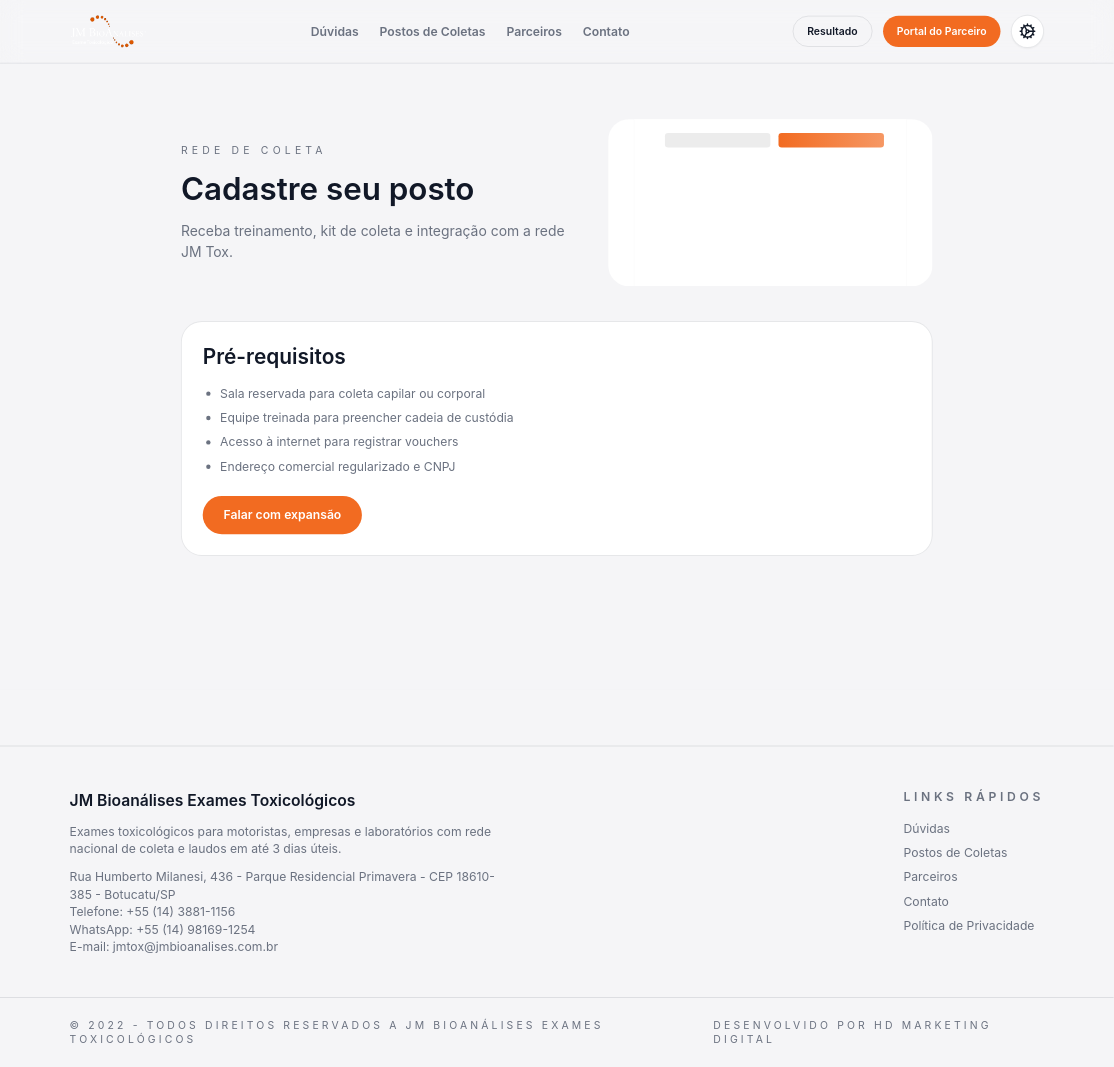
Repository: 1xLab/cat1
Page: /cadastro-postos-de-coleta
The author's editor kept a copy of each file at every save. The page is drawn from the files as they stood at one save, then again after the next save.
The browser window is 1280 px wide. The pictures show the whole page, at 87% of full size.
The page's requests for data from a server got no answer. The project was rebuilt for these pictures with package versions that can differ from the ones it lists, and the page was loaded fresh each time. The framework's server and built-in components were replaced by stand-ins that run in the browser. No one was signed in, and anything a server would have sent is missing. Also part of the build but not shown: next.config.ts.

Above is the page before, as saved 2025-11-19 21:52:50.

After the next save:
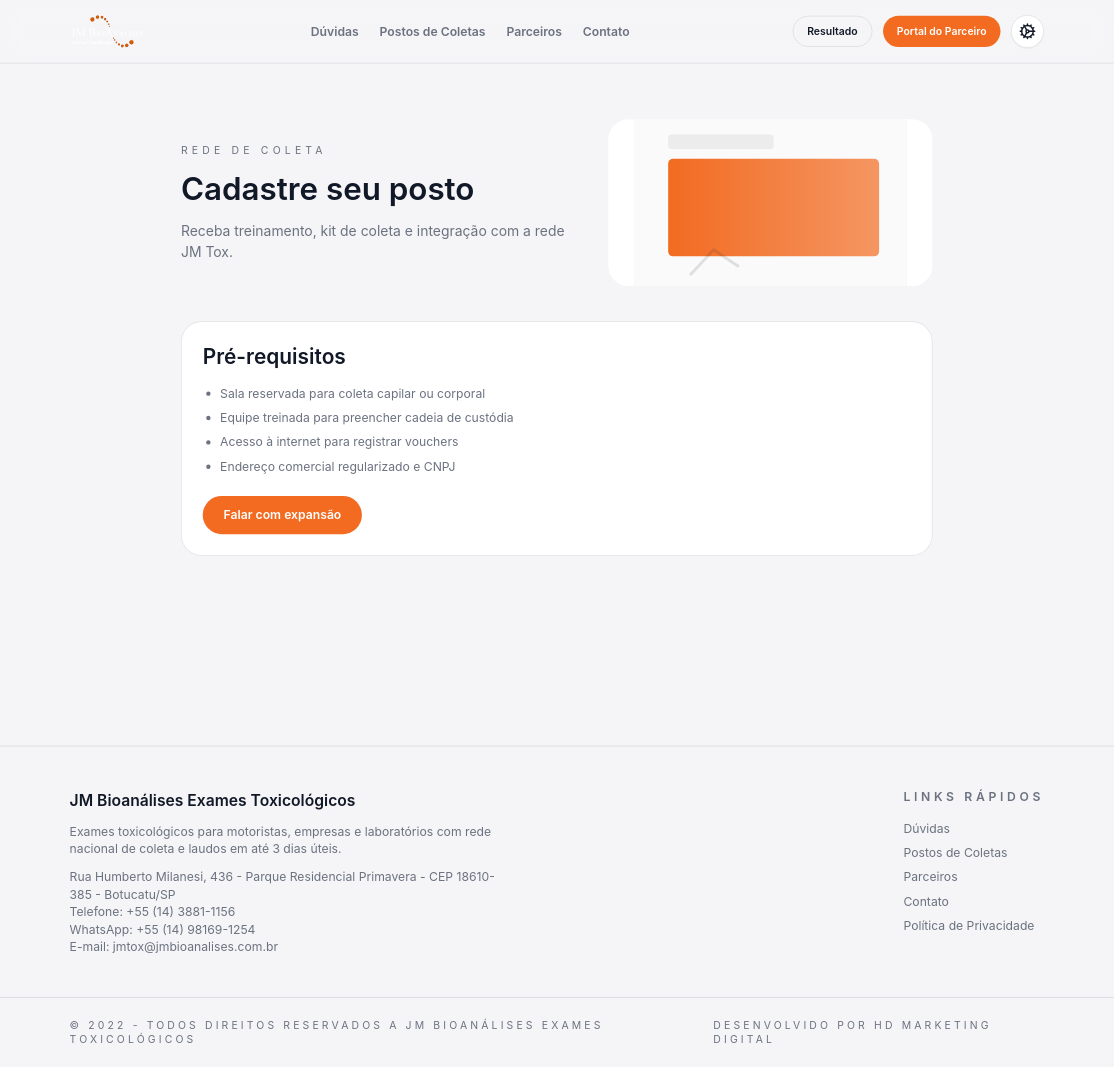
Saved 6 s later.
--- a/src/app/cadastro-postos-de-coleta/page.tsx
+++ b/src/app/cadastro-postos-de-coleta/page.tsx
@@ -13,7 +13,7 @@ export const metadata: Metadata = {
   title: "Cadastro de postos de coleta | JM Tox",
 };
 
-const illustration = "/imagens/illustration-cadastro-clean.svg";
+const illustration = "/imagens/illustration-cadastro-v2.svg";
 
 export default function CadastroPostosPage() {
   return (
